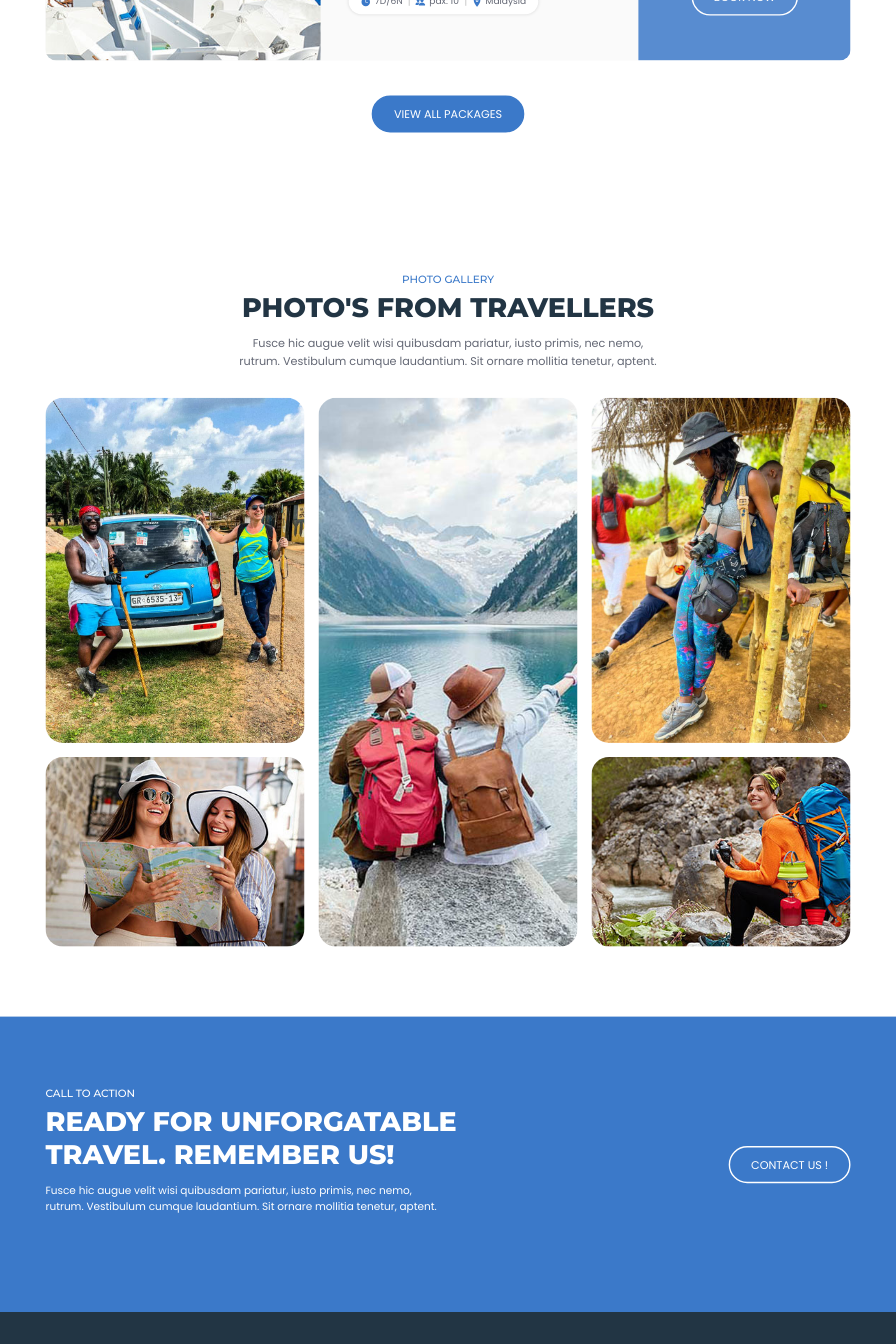
Repository: starlabman/Leader_Tours
Page: index.html
An editor plug-in stored every save of this project. The page is shown before and after a run of saves, followed by the edit.
The browser window is 1280 px wide. The pictures show the part of the page from y = 3175 to 5095 px (the page is 5552 px tall), at 70% of full size.

Above is the page before, as saved 2023-10-23 08:13:15.

### index.html
<!DOCTYPE html>
<html lang="en">

<head>
  <meta charset="UTF-8">
  <meta http-equiv="X-UA-Compatible" content="IE=edge">
  <meta name="viewport" content="width=device-width, initial-scale=1.0">
  <title>Leader Tours agency</title>

  <!--
    - favicon
  -->
  <link rel="shortcut icon" href="./favicon.svg" type="image/svg+xml">

  <!--
    - custom css link
  -->
  <link rel="stylesheet" href="./assets/css/style.css">

  <!--
    - google font link
  -->
  <link rel="preconnect" href="https://fonts.googleapis.com">
  <link rel="preconnect" href="https://fonts.gstatic.com" crossorigin>
  <link
    href="https://fonts.googleapis.com/css2?family=Montserrat:wght@500;600;700;800&family=Poppins:wght@400;500;600;700&display=swap"
    rel="stylesheet">
</head>

<body id="top">

  <!--
    - #HEADER
  -->

  <header class="header" data-header>

    <div class="overlay" data-overlay></div>

    <div class="header-top">
      <div class="container">

        <a href="tel:+22898244850" class="helpline-box">

          <div class="icon-box">
            <ion-icon name="call-outline"></ion-icon>
          </div>

          <div class="wrapper">
            <p class="helpline-title"> For Further Inquires :</p>

            <p class="helpline-number">(+228) 98244850</p>
          </div>

        </a>

        <a href="#" class="logo">
          <img src="./assets/images/logo.svg" alt="Leader Tours logo">
        </a>

        <div class="header-btn-group">

          <button class="search-btn" aria-label="Search">
            <ion-icon name="search"></ion-icon>
          </button>

          <button class="nav-open-btn" aria-label="Open Menu" data-nav-open-btn>
            <ion-icon name="menu-outline"></ion-icon>
          </button>

        </div>

      </div>
    </div>

    <div class="header-bottom">
      <div class="container">

        <ul class="social-list">

          <li>
            <a href="#" class="social-link">
              <ion-icon name="logo-facebook"></ion-icon>
            </a>
          </li>

          <li>
            <a href="#" class="social-link">
              <ion-icon name="logo-twitter"></ion-icon>
            </a>
          </li>

          <li>
            <a href="#" class="social-link">
              <ion-icon name="logo-youtube"></ion-icon>
            </a>
          </li>

        </ul>

        <nav class="navbar" data-navbar>

          <div class="navbar-top">

            <a href="#" class="logo">
              <img src="./assets/images/logo-blue.svg" alt="Tourly logo">
            </a>

            <button class="nav-close-btn" aria-label="Close Menu" data-nav-close-btn>
              <ion-icon name="close-outline"></ion-icon>
            </button>

          </div>

          <ul class="navbar-list">

            <li>
              <a href="#home" class="navbar-link" data-nav-link>home</a>
            </li>

            <li>
              <a href="#" class="navbar-link" data-nav-link>about us</a>
            </li>

            <li>
              <a href="#destination" class="navbar-link" data-nav-link>destination</a>
            </li>

            <li>
              <a href="#package" class="navbar-link" data-nav-link>packages</a>
            </li>

            <li>
              <a href="#gallery" class="navbar-link" data-nav-link>gallery</a>
            </li>

            <li>
              <a href="#contact" class="navbar-link" data-nav-link>contact us</a>
            </li>

          </ul>

        </nav>

        <button class="btn btn-primary">Book Now</button>

      </div>
    </div>

  </header>





  <main>
    <article>

      <!--
        - #HERO
      -->

      <section class="hero" id="home">
        <div class="container">

          <h2 class="h1 hero-title">Journey to explore world</h2>

          <p class="hero-text">
            Ac mi duis mollis. Sapiente? Scelerisque quae, penatibus? Suscipit class corporis nostra rem quos
            voluptatibus habitant?
            Fames, vivamus minim nemo enim, gravida lobortis quasi, eum.
          </p>

          <div class="btn-group">
            <button class="btn btn-primary">Learn more</button>

            <button class="btn btn-secondary">Book now</button>
          </div>

        </div>
      </section>





      <!--
        - #TOUR SEARCH
      -->

      <section class="tour-search">
        <div class="container">

          <form action="" class="tour-search-form">

            <div class="input-wrapper">
              <label for="destination" class="input-label">Search Destination*</label>

              <input type="text" name="destination" id="destination" required placeholder="Enter Destination"
                class="input-field">
            </div>

            <div class="input-wrapper">
              <label for="people" class="input-label">Pax Number*</label>

              <input type="number" name="people" id="people" required placeholder="No.of People" class="input-field">
            </div>

            <div class="input-wrapper">
              <label for="checkin" class="input-label">Checkin Date**</label>

              <input type="date" name="checkin" id="checkin" required class="input-field">
            </div>

            <div class="input-wrapper">
              <label for="checkout" class="input-label">Checkout Date*</label>

              <input type="date" name="checkout" id="checkout" required class="input-field">
            </div>

            <button type="submit" class="btn btn-secondary">Inquire now</button>

          </form>

        </div>
      </section>





      <!--
        - #POPULAR
      -->

      <section class="popular" id="destination">
        <div class="container">

          <p class="section-subtitle">Uncover place</p>

          <h2 class="h2 section-title">Popular destination</h2>

          <p class="section-text">
            Fusce hic augue velit wisi quibusdam pariatur, iusto primis, nec nemo, rutrum. Vestibulum cumque laudantium.
            Sit ornare
            mollitia tenetur, aptent.
          </p>

          <ul class="popular-list">

            <li>
              <div class="popular-card">

                <figure class="card-img">
                  <img src="./assets/images/popular-1.jpg" alt="San miguel, italy" loading="lazy">
                </figure>

                <div class="card-content">

                  <div class="card-rating">
                    <ion-icon name="star"></ion-icon>
                    <ion-icon name="star"></ion-icon>
                    <ion-icon name="star"></ion-icon>
                    <ion-icon name="star"></ion-icon>
                    <ion-icon name="star"></ion-icon>
                  </div>

                  <p class="card-subtitle">
                    <a href="#">Italy</a>
                  </p>

                  <h3 class="h3 card-title">
                    <a href="#">San miguel</a>
                  </h3>

                  <p class="card-text">
                    Fusce hic augue velit wisi ips quibusdam pariatur, iusto.
                  </p>

                </div>

              </div>
            </li>

            <li>
              <div class="popular-card">

                <figure class="card-img">
                  <img src="./assets/images/popular-2.jpg" alt="Burj khalifa, dubai" loading="lazy">
                </figure>

                <div class="card-content">

                  <div class="card-rating">
                    <ion-icon name="star"></ion-icon>
                    <ion-icon name="star"></ion-icon>
                    <ion-icon name="star"></ion-icon>
                    <ion-icon name="star"></ion-icon>
                    <ion-icon name="star"></ion-icon>
                  </div>

                  <p class="card-subtitle">
                    <a href="#">Dubai</a>
                  </p>

                  <h3 class="h3 card-title">
                    <a href="#">Burj khalifa</a>
                  </h3>

                  <p class="card-text">
                    Fusce hic augue velit wisi ips quibusdam pariatur, iusto.
                  </p>

                </div>

              </div>
            </li>

            <li>
              <div class="popular-card">

                <figure class="card-img">
                  <img src="./assets/images/popular-3.jpg" alt="Kyoto temple, japan" loading="lazy">
                </figure>

                <div class="card-content">

                  <div class="card-rating">
                    <ion-icon name="star"></ion-icon>
                    <ion-icon name="star"></ion-icon>
                    <ion-icon name="star"></ion-icon>
                    <ion-icon name="star"></ion-icon>
                    <ion-icon name="star"></ion-icon>
                  </div>

                  <p class="card-subtitle">
                    <a href="#">Japan</a>
                  </p>

                  <h3 class="h3 card-title">
                    <a href="#">Kyoto temple</a>
                  </h3>

                  <p class="card-text">
                    Fusce hic augue velit wisi ips quibusdam pariatur, iusto.
                  </p>

                </div>

              </div>
            </li>

          </ul>

          <button class="btn btn-primary">More destintion</button>

        </div>
      </section>





      <!--
        - #PACKAGE
      -->

      <section class="package" id="package">
        <div class="container">

          <p class="section-subtitle">Popular Packeges</p>

          <h2 class="h2 section-title">Checkout Our Packeges</h2>

          <p class="section-text">
            Fusce hic augue velit wisi quibusdam pariatur, iusto primis, nec nemo, rutrum. Vestibulum cumque laudantium.
            Sit ornare
            mollitia tenetur, aptent.
          </p>

          <ul class="package-list">

            <li>
              <div class="package-card">

                <figure class="card-banner">
                  <img src="./assets/images/packege-1.jpg" alt="Experience The Great Holiday On Beach" loading="lazy">
                </figure>

                <div class="card-content">

                  <h3 class="h3 card-title">Experience The Great Holiday On Beach</h3>

                  <p class="card-text">
                    Laoreet, voluptatum nihil dolor esse quaerat mattis explicabo maiores, est aliquet porttitor! Eaque,
                    cras, aspernatur.
                  </p>

                  <ul class="card-meta-list">

                    <li class="card-meta-item">
                      <div class="meta-box">
                        <ion-icon name="time"></ion-icon>

                        <p class="text">7D/6N</p>
                      </div>
                    </li>

                    <li class="card-meta-item">
                      <div class="meta-box">
                        <ion-icon name="people"></ion-icon>

                        <p class="text">pax: 10</p>
                      </div>
                    </li>

                    <li class="card-meta-item">
                      <div class="meta-box">
                        <ion-icon name="location"></ion-icon>

                        <p class="text">Malaysia</p>
                      </div>
                    </li>

                  </ul>

                </div>

                <div class="card-price">

                  <div class="wrapper">

                    <p class="reviews">(25 reviews)</p>

                    <div class="card-rating">
                      <ion-icon name="star"></ion-icon>
                      <ion-icon name="star"></ion-icon>
                      <ion-icon name="star"></ion-icon>
                      <ion-icon name="star"></ion-icon>
                      <ion-icon name="star"></ion-icon>
                    </div>

                  </div>

                  <p class="price">
                    $750
                    <span>/ per person</span>
                  </p>

                  <button class="btn btn-secondary">Book Now</button>

                </div>

              </div>
            </li>

            <li>
              <div class="package-card">

                <figure class="card-banner">
                  <img src="./assets/images/packege-2.jpg" alt="Summer Holiday To The Oxolotan River" loading="lazy">
                </figure>

                <div class="card-content">

                  <h3 class="h3 card-title">Summer Holiday To The Oxolotan River</h3>

                  <p class="card-text">
                    Laoreet, voluptatum nihil dolor esse quaerat mattis explicabo maiores, est aliquet porttitor! Eaque,
                    cras, aspernatur.
                  </p>

                  <ul class="card-meta-list">

                    <li class="card-meta-item">
                      <div class="meta-box">
                        <ion-icon name="time"></ion-icon>

                        <p class="text">7D/6N</p>
                      </div>
                    </li>

                    <li class="card-meta-item">
                      <div class="meta-box">
                        <ion-icon name="people"></ion-icon>

                        <p class="text">pax: 10</p>
                      </div>
                    </li>

                    <li class="card-meta-item">
                      <div class="meta-box">
                        <ion-icon name="location"></ion-icon>

                        <p class="text">Malaysia</p>
                      </div>
                    </li>

                  </ul>

                </div>

                <div class="card-price">

                  <div class="wrapper">

                    <p class="reviews">(20 reviews)</p>

                    <div class="card-rating">
                      <ion-icon name="star"></ion-icon>
                      <ion-icon name="star"></ion-icon>
                      <ion-icon name="star"></ion-icon>
                      <ion-icon name="star"></ion-icon>
                      <ion-icon name="star"></ion-icon>
                    </div>

                  </div>

                  <p class="price">
                    $520
                    <span>/ per person</span>
                  </p>

                  <button class="btn btn-secondary">Book Now</button>

                </div>

              </div>
            </li>

            <li>
              <div class="package-card">

                <figure class="card-banner">
                  <img src="./assets/images/packege-3.jpg" alt="Santorini Island's Weekend Vacation" loading="lazy">
                </figure>

                <div class="card-content">

                  <h3 class="h3 card-title">Santorini Island's Weekend Vacation</h3>

                  <p class="card-text">
                    Laoreet, voluptatum nihil dolor esse quaerat mattis explicabo maiores, est aliquet porttitor! Eaque,
                    cras, aspernatur.
                  </p>

                  <ul class="card-meta-list">

                    <li class="card-meta-item">
                      <div class="meta-box">
                        <ion-icon name="time"></ion-icon>

                        <p class="text">7D/6N</p>
                      </div>
                    </li>

                    <li class="card-meta-item">
                      <div class="meta-box">
                        <ion-icon name="people"></ion-icon>

                        <p class="text">pax: 10</p>
                      </div>
                    </li>

                    <li class="card-meta-item">
                      <div class="meta-box">
                        <ion-icon name="location"></ion-icon>

                        <p class="text">Malaysia</p>
                      </div>
                    </li>

                  </ul>

                </div>

                <div class="card-price">

                  <div class="wrapper">

                    <p class="reviews">(40 reviews)</p>

                    <div class="card-rating">
                      <ion-icon name="star"></ion-icon>
                      <ion-icon name="star"></ion-icon>
                      <ion-icon name="star"></ion-icon>
                      <ion-icon name="star"></ion-icon>
                      <ion-icon name="star"></ion-icon>
                    </div>

                  </div>

                  <p class="price">
                    $660
                    <span>/ per person</span>
                  </p>

                  <button class="btn btn-secondary">Book Now</button>

                </div>

              </div>
            </li>

          </ul>

          <button class="btn btn-primary">View All Packages</button>

        </div>
      </section>





      <!--
        - #GALLERY
      -->

      <section class="gallery" id="gallery">
        <div class="container">

          <p class="section-subtitle">Photo Gallery</p>

          <h2 class="h2 section-title">Photo's From Travellers</h2>

          <p class="section-text">
            Fusce hic augue velit wisi quibusdam pariatur, iusto primis, nec nemo, rutrum. Vestibulum cumque laudantium.
            Sit ornare
            mollitia tenetur, aptent.
          </p>

          <ul class="gallery-list">

            <li class="gallery-item">
              <figure class="gallery-image">
                <img src="./assets/images/photo_2023-09-12_15-59-10.jpg" alt="Gallery image">
              </figure>
            </li>

            <li class="gallery-item">
              <figure class="gallery-image">
                <img src="./assets/images/photo_2023-09-12_15-59-14.jpg" alt="Gallery image">
              </figure>
            </li>

            <li class="gallery-item">
              <figure class="gallery-image">
                <img src="./assets/images/gallery-3.jpg" alt="Gallery image">
              </figure>
            </li>

            <li class="gallery-item">
              <figure class="gallery-image">
                <img src="./assets/images/gallery-4.jpg" alt="Gallery image">
              </figure>
            </li>

            <li class="gallery-item">
              <figure class="gallery-image">
                <img src="./assets/images/gallery-5.jpg" alt="Gallery image">
              </figure>
            </li>

          </ul>

        </div>
      </section>





      <!--
        - #CTA
      -->

      <section class="cta" id="contact">
        <div class="container">

          <div class="cta-content">
            <p class="section-subtitle">Call To Action</p>

            <h2 class="h2 section-title">Ready For Unforgatable Travel. Remember Us!</h2>

            <p class="section-text">
              Fusce hic augue velit wisi quibusdam pariatur, iusto primis, nec nemo, rutrum. Vestibulum cumque
              laudantium. Sit ornare
              mollitia tenetur, aptent.
            </p>
          </div>

          <button class="btn btn-secondary">Contact Us !</button>

        </div>
      </section>

    </article>
  </main>





  <!--
    - #FOOTER
  -->

  <footer class="footer">

    <div class="footer-top">
      <div class="container">

        <div class="footer-brand">

          <a href="#" class="logo">
            <img src="./assets/images/logo.svg" alt="Tourly logo">
          </a>

          <p class="footer-text">
            Urna ratione ante harum provident, eleifend, vulputate molestiae proin fringilla, praesentium magna conubia
            at
            perferendis, pretium, aenean aut ultrices.
          </p>

        </div>

        <div class="footer-contact">

          <h4 class="contact-title">Contact Us</h4>

          <p class="contact-text">
            Feel free to contact and reach us !!
          </p>

          <ul>

            <li class="contact-item">
              <ion-icon name="call-outline"></ion-icon>

              <a href="tel:+22898244850" class="contact-link">(+228) 98244850</a>
            </li>

            <li class="contact-item">
              <ion-icon name="mail-outline"></ion-icon>

              <a href="mailto:info.tourly.com" class="contact-link">leadertours.com</a>
            </li>

            <li class="contact-item">
              <ion-icon name="location-outline"></ion-icon>

              <address>3146 Koontz, California</address>
            </li>

          </ul>

        </div>

        <div class="footer-form">

          <p class="form-text">
            Subscribe our newsletter for more update & news !!
          </p>

          <form action="" class="form-wrapper">
            <input type="email" name="email" class="input-field" placeholder="Enter Your Email" required>

            <button type="submit" class="btn btn-secondary">Subscribe</button>
          </form>

        </div>

      </div>
    </div>

    <div class="footer-bottom">
      <div class="container">

        <p class="copyright">
          &copy; 2023 <a href="">codewithsadee</a>. All rights reserved
        </p>

        <ul class="footer-bottom-list">

          <li>
            <a href="#" class="footer-bottom-link">Privacy Policy</a>
          </li>

          <li>
            <a href="#" class="footer-bottom-link">Term & Condition</a>
          </li>

          <li>
            <a href="#" class="footer-bottom-link">FAQ</a>
          </li>

        </ul>

      </div>
    </div>

  </footer>





  <!--
    - #GO TO TOP
  -->

  <a href="#top" class="go-top" data-go-top>
    <ion-icon name="chevron-up-outline"></ion-icon>
  </a>





  <!--
    - custom js link
  -->
  <script src="./assets/js/script.js"></script>

  <!--
    - ionicon link
  -->
  <script type="module" src="https://unpkg.com/ionicons@5.5.2/dist/ionicons/ionicons.esm.js"></script>
  <script nomodule src="https://unpkg.com/ionicons@5.5.2/dist/ionicons/ionicons.js"></script>

</body>

</html>

Loaded but not shown: assets/js/script.js (46 lines, source omitted); assets/css/style.css (1298 lines, source omitted)

After the next 2 saves:
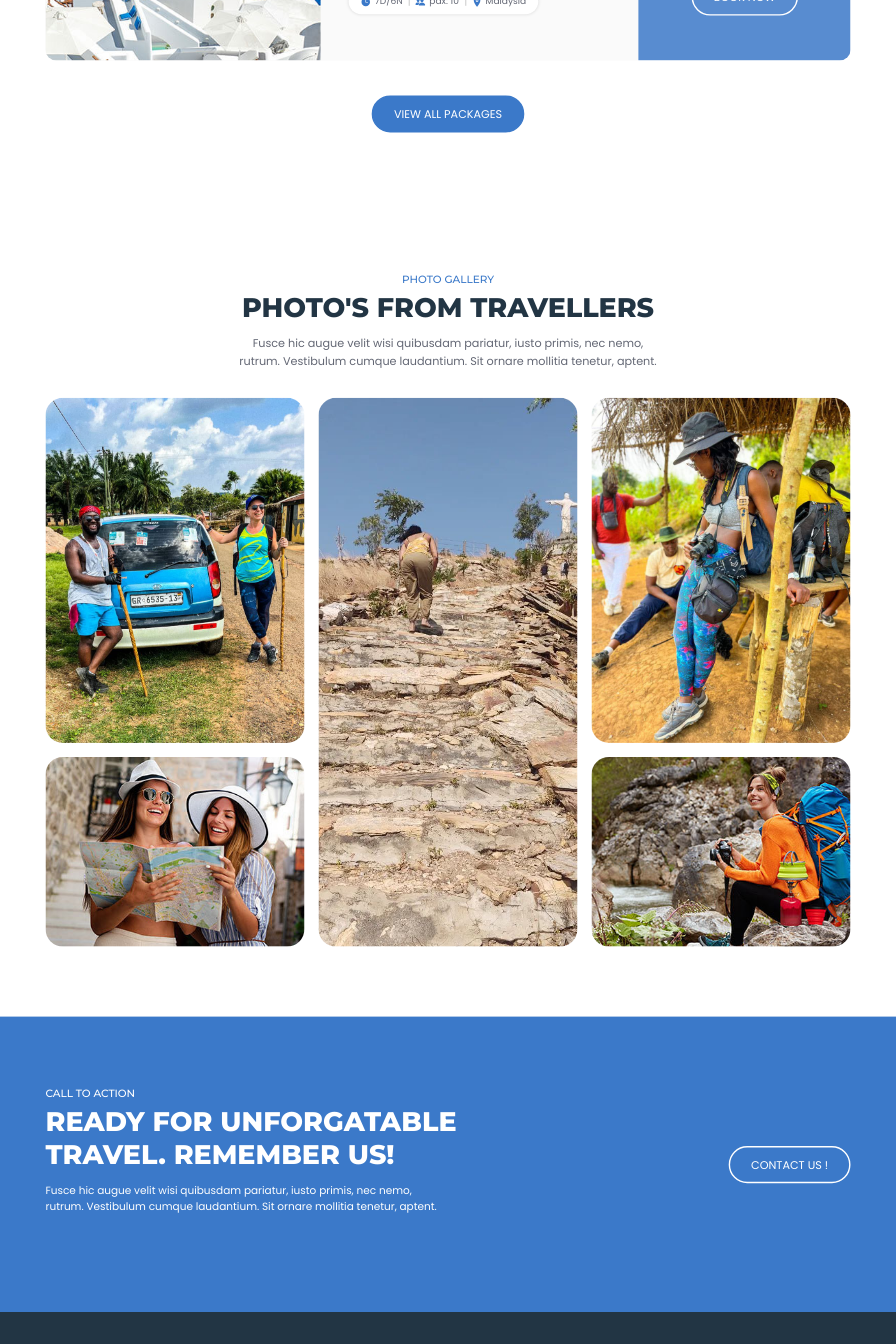
The 2 saves are shown as one change because they came seconds apart.
The last was saved 11 s later.
--- a/index.html
+++ b/index.html
@@ -646,7 +646,7 @@
 
             <li class="gallery-item">
               <figure class="gallery-image">
-                <img src="./assets/images/gallery-3.jpg" alt="Gallery image">
+                <img src="./assets/images/photo_2023-09-12_15-59-16.jpg" alt="Gallery image">
               </figure>
             </li>
 
